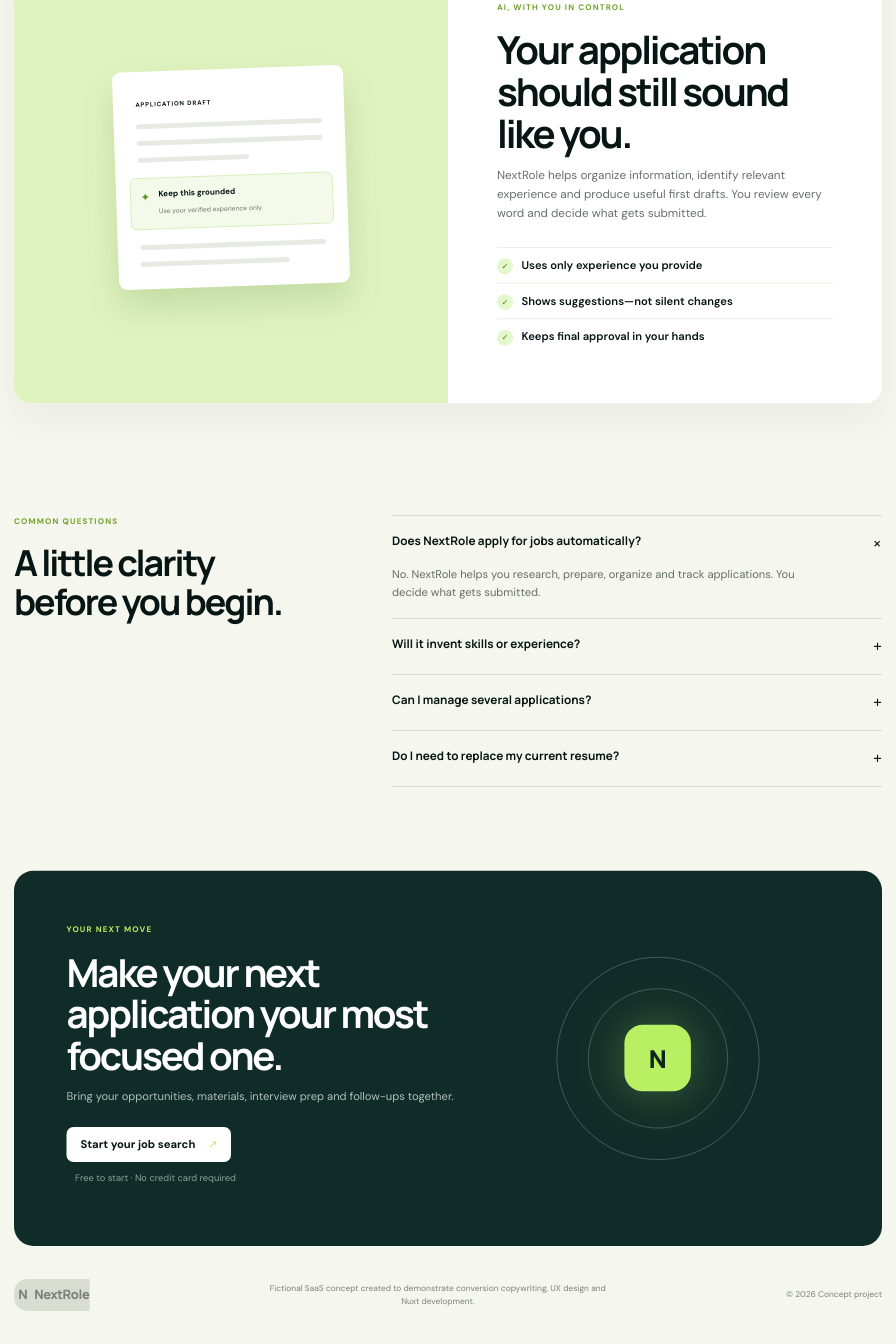
Repository: Lovethrech/NextRole-Nuxt-Portfolio
Page: /
These files come from the project's save history. The page is drawn as it stood at one moment and after the next save; the edit follows.
The browser window is 1280 px wide. The pictures show the part of the page from y = 3320 to 5240 px (the page is 5240 px tall), at 70% of full size.
The project was rebuilt for these pictures with package versions that can differ from the ones it lists, and the page was loaded fresh each time. The framework's server and built-in components were replaced by stand-ins that run in the browser. Also part of the build but not shown: nuxt.config.js.

Above is the page before, as saved 2026-09-12 16:42:42.

### app.vue
<script setup>
import { ref } from 'vue'

const mobileOpen = ref(false)
const demoOpen = ref(false)

const benefits = [
  { number: '01', title: 'Keep every opportunity organized', text: 'Save roles, deadlines, salary ranges, contacts and notes in one calm, searchable workspace.', outcome: 'Know what needs your attention next.' },
  { number: '02', title: 'Tailor without starting over', text: 'Compare your experience with each role and build a focused application draft for your review.', outcome: 'Create relevant applications, faster.' },
  { number: '03', title: 'Prepare with real confidence', text: 'Turn job requirements into practice questions and connect them to examples from your experience.', outcome: 'Arrive ready to tell your story.' },
  { number: '04', title: 'Never miss a follow-up', text: 'Set reminders for recruiter replies, interviews, thank-you notes and application deadlines.', outcome: 'Stay consistent without relying on memory.' }
]

const steps = [
  ['Save the opportunity', 'Keep the role, company, deadline and job description together.'],
  ['Review your fit', 'See where your verified skills and experience meet the requirements.'],
  ['Prepare your application', 'Create a tailored resume draft, cover letter and checklist.'],
  ['Track what happens next', 'Record interviews, schedule follow-ups and move each role forward.']
]

const faqs = [
  ['Does NextRole apply for jobs automatically?', 'No. NextRole helps you research, prepare, organize and track applications. You decide what gets submitted.'],
  ['Will it invent skills or experience?', 'No. NextRole works with the information you provide. You review every suggestion before using it.'],
  ['Can I manage several applications?', 'Yes. Organize opportunities by stage, deadline, company and priority from one dashboard.'],
  ['Do I need to replace my current resume?', 'No. Upload your existing resume and use it as the foundation for role-specific drafts.']
]
</script>

<template>
  <div class="site-shell">
    <header class="nav-wrap">
      <nav class="nav container" aria-label="Primary navigation">
        <a class="brand" href="#top" aria-label="NextRole home">
          <span class="brand-logo-ctn">
            <img src="./assets/ChelLogoImg.png" alt="Chel Brand Logo" class="brand-logo"/>
          </span>
          <span id="brand-sub-name">NextRole</span>
        </a>
        <button class="menu-button" type="button" :aria-expanded="mobileOpen" aria-label="Toggle menu" @click="mobileOpen = !mobileOpen"><span></span><span></span></button>
        <div class="nav-links" :class="{ open: mobileOpen }">
          <a href="#features" @click="mobileOpen = false">Features</a>
          <a href="#how" @click="mobileOpen = false">How it works</a>
          <a href="#faq" @click="mobileOpen = false">FAQ</a>
          <button class="button button-small button-ghost" @click="demoOpen = true">See the workspace</button>
        </div>
      </nav>
    </header>

    <main id="top">
      <section class="hero container">
        <div class="hero-copy">
          <p class="eyebrow"><span></span>One workspace for your whole job search</p>
          <h1>Run your job search.<br><em>Don’t let it run you.</em></h1>
          <p class="hero-lede">Organize every opportunity, tailor stronger applications, prepare for interviews and stay on top of follow-ups—all from one intelligent workspace.</p>
          <div class="hero-actions">
            <a class="button button-primary" href="#cta">Start your job search <span>↗</span></a>
            <button class="text-link" @click="demoOpen = true"><span class="play">▶</span> See how it works</button>
          </div>
          <p class="microcopy">Free to start · No credit card required</p>
        </div>

        <div class="dashboard-frame" aria-label="NextRole application dashboard preview">
          <div class="frame-bar"><span></span><span></span><span></span><p>app.nextrole.co</p></div>
          <div class="dash">
            <aside class="dash-side">
              <div class="mini-brand"><b>N</b></div>
              <i class="active"></i><i></i><i></i><i></i><i></i>
            </aside>
            <div class="dash-main">
              <div class="dash-top"><div><small>MONDAY, 14 OCT</small><h3>Good morning, Maya</h3></div><span class="avatar">MC</span></div>
              <div class="stat-grid">
                <div><small>ACTIVE ROLES</small><strong>12</strong><span>+3 this week</span></div>
                <div><small>INTERVIEWS</small><strong>4</strong><span>2 upcoming</span></div>
                <div><small>FOLLOW-UPS</small><strong>3</strong><span>Due today</span></div>
              </div>
              <div class="pipeline-head"><h4>Your pipeline</h4><button>+ Add role</button></div>
              <div class="pipeline">
                <div class="lane"><p>APPLIED <b>3</b></p><article><span class="company-icon cobalt">L</span><div><strong>Product Designer</strong><small>Linear · Remote</small></div><mark>86% fit</mark></article><article><span class="company-icon coral">A</span><div><strong>UX Researcher</strong><small>Arc · London</small></div><mark>78% fit</mark></article></div>
                <div class="lane"><p>INTERVIEW <b>2</b></p><article><span class="company-icon mint">V</span><div><strong>Senior UX Designer</strong><small>Vercel · Remote</small></div><mark>92% fit</mark></article><article class="task"><small>NEXT STEP</small><strong>Prepare portfolio walkthrough</strong><span>Tomorrow · 10:30</span></article></div>
                <div class="lane"><p>OFFER <b>1</b></p><article><span class="company-icon gold">R</span><div><strong>Design Lead</strong><small>Raycast · Remote</small></div><mark>90% fit</mark></article><article class="celebrate"><span>✦</span><strong>You’re close.</strong><small>Review your notes before Friday.</small></article></div>
              </div>
            </div>
          </div>
        </div>
        <div class="hero-proof"><span>Built for focused job seekers</span><p><b>Organize</b><i></i><b>Tailor</b><i></i><b>Prepare</b><i></i><b>Follow up</b></p></div>
      </section>

      <section class="problem-section">
        <div class="container problem-grid">
          <div><p class="section-kicker">THE REAL PROBLEM</p><h2>Your next opportunity shouldn’t get lost in a spreadsheet.</h2></div>
          <div class="problem-copy"><p>A serious job search can quickly become a second full-time job. One role is saved in your browser. Another is buried in an email. Your deadlines live in a spreadsheet, and you’re rewriting the same resume again.</p><p>NextRole brings the process together, so you can spend less time managing your search and more time presenting your best work.</p></div>
        </div>
      </section>

      <section id="features" class="features container">
        <p class="section-kicker">WHAT CHANGES</p>
        <div class="section-heading"><h2>Everything you need to make your next move.</h2><p>Not more tabs. Not more noise. Just the right tools, in the right order.</p></div>
        <div class="benefit-grid">
          <article v-for="item in benefits" :key="item.number" class="benefit-card">
            <span>{{ item.number }}</span><h3>{{ item.title }}</h3><p>{{ item.text }}</p><strong>→ {{ item.outcome }}</strong>
          </article>
        </div>
      </section>

      <section id="how" class="how-section">
        <div class="container how-grid">
          <div class="how-copy"><p class="section-kicker light">A CLEARER WAY FORWARD</p><h2>From interesting role to focused application.</h2><p>NextRole gives every opportunity a simple path, while keeping you in control of every decision.</p><button class="button button-light" @click="demoOpen = true">Explore the workspace <span>↗</span></button></div>
          <ol class="steps">
            <li v-for="(step, index) in steps" :key="step[0]"><span>0{{ index + 1 }}</span><div><h3>{{ step[0] }}</h3><p>{{ step[1] }}</p></div></li>
          </ol>
        </div>
      </section>

      <section class="control container">
        <div class="control-card">
          <div class="control-visual"><div class="document"><span class="doc-label">APPLICATION DRAFT</span><i></i><i></i><i class="short"></i><div class="suggestion"><b>✦</b><p><strong>Keep this grounded</strong><small>Use your verified experience only.</small></p></div><i></i><i class="medium"></i></div></div>
          <div class="control-copy"><p class="section-kicker">AI, WITH YOU IN CONTROL</p><h2>Your application should still sound like you.</h2><p>NextRole helps organize information, identify relevant experience and produce useful first drafts. You review every word and decide what gets submitted.</p><ul><li>Uses only experience you provide</li><li>Shows suggestions—not silent changes</li><li>Keeps final approval in your hands</li></ul></div>
        </div>
      </section>

      <section id="faq" class="faq container">
        <div><p class="section-kicker">COMMON QUESTIONS</p><h2>A little clarity before you begin.</h2></div>
        <div class="accordion">
          <details v-for="(faq, index) in faqs" :key="faq[0]" :open="index === 0"><summary>{{ faq[0] }}<span>+</span></summary><p>{{ faq[1] }}</p></details>
        </div>
      </section>

      <section id="cta" class="final-cta container">
        <div><p class="section-kicker light">YOUR NEXT MOVE</p><h2>Make your next application your most focused one.</h2><p>Bring your opportunities, materials, interview prep and follow-ups together.</p><a class="button button-light" href="mailto:hello@nextrole.example">Start your job search <span>↗</span></a><small>Free to start · No credit card required</small></div>
        <div class="orbit" aria-hidden="true"><span class="orbit-one"></span><span class="orbit-two"></span><b>N</b></div>
      </section>
    </main>

    <footer class="footer container">
      <a class="brand" href="#top"><span class="brand-mark">N</span><span>NextRole</span></a>
      <p>Fictional SaaS concept created to demonstrate conversion copywriting, UX design and Nuxt development.</p>
      <span>© 2026 Concept project</span></footer>

    <Transition name="fade"><div v-if="demoOpen" class="modal-backdrop" @click.self="demoOpen = false"><section class="modal" role="dialog" aria-modal="true" aria-labelledby="demo-title"><button class="modal-close" aria-label="Close" @click="demoOpen = false">×</button><p class="section-kicker">WORKSPACE PREVIEW</p><h2 id="demo-title">One calm place for every next step.</h2><p>This portfolio concept demonstrates the product’s messaging and interface direction. No personal information is collected.</p><div class="modal-list"><span>01</span><p><b>Save a role</b><small>Capture everything important in one place.</small></p><span>02</span><p><b>Tailor your materials</b><small>Start from your verified experience.</small></p><span>03</span><p><b>Keep moving</b><small>Follow the next action, not the noise.</small></p></div><button class="button button-primary" @click="demoOpen = false">Got it</button></section></div></Transition>
  </div>
</template>

Loaded but not shown: assets/css/main.css (638 lines, source omitted)

After the next save:
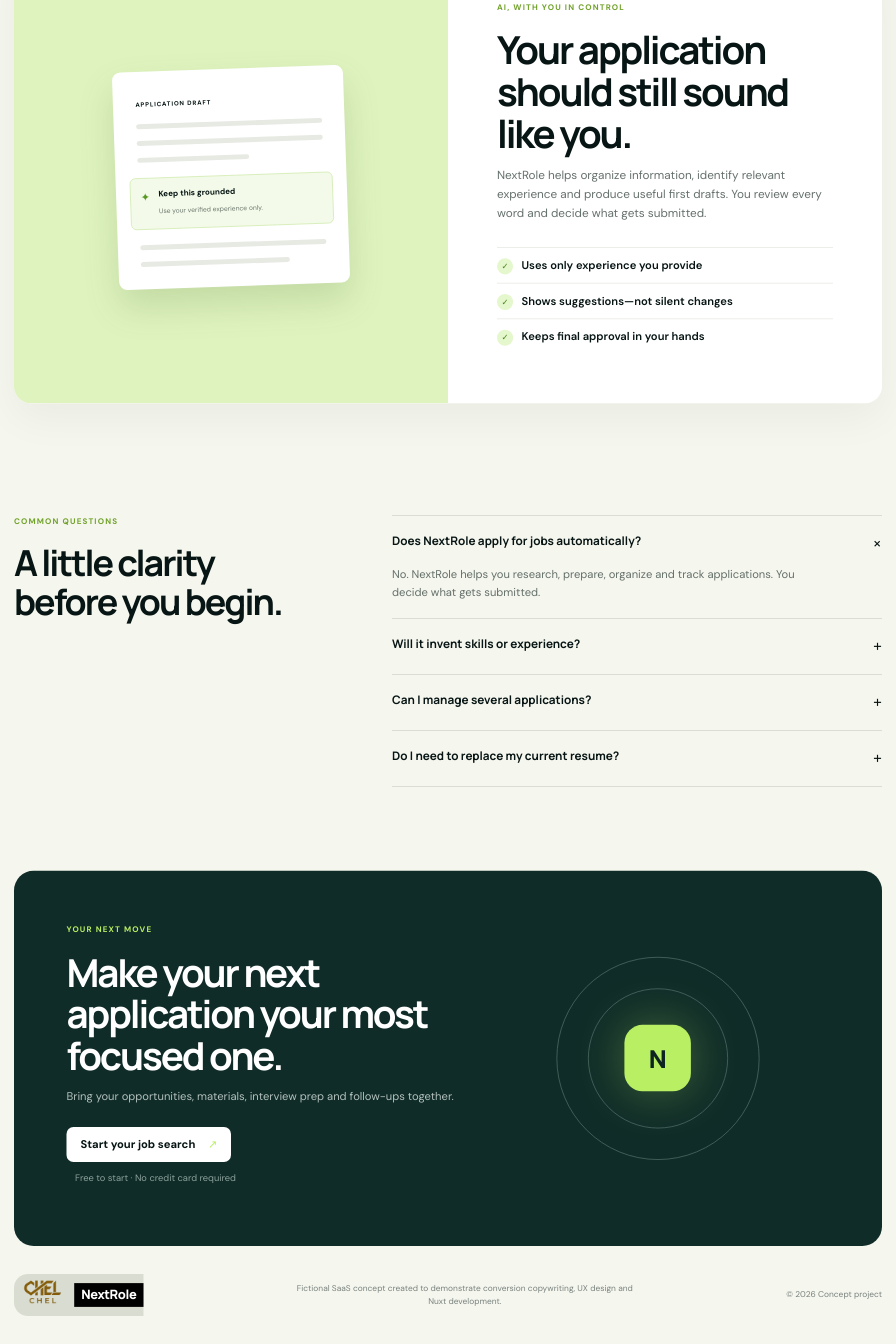
Saved 12 s later.
--- a/app.vue
+++ b/app.vue
@@ -132,7 +132,12 @@
     </main>
 
     <footer class="footer container">
-      <a class="brand" href="#top"><span class="brand-mark">N</span><span>NextRole</span></a>
+      <a class="brand" href="#top" aria-label="NextRole home">
+          <span class="brand-logo-ctn">
+            <img src="./assets/ChelLogoImg.png" alt="Chel Brand Logo" class="brand-logo"/>
+          </span>
+          <span id="brand-sub-name">NextRole</span>
+        </a>
       <p>Fictional SaaS concept created to demonstrate conversion copywriting, UX design and Nuxt development.</p>
       <span>© 2026 Concept project</span></footer>
 
